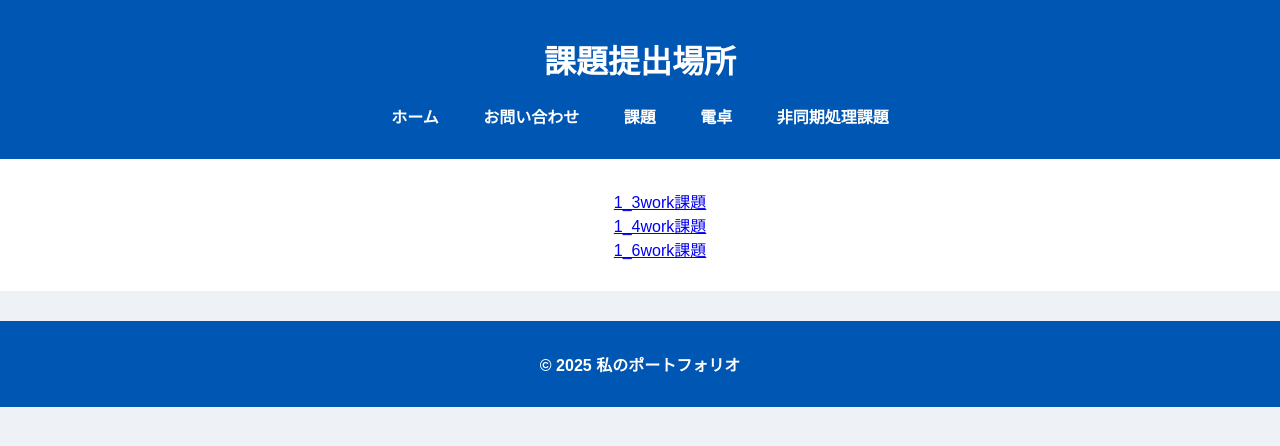
Repository: Takimidxgs/my-portfolio
Page: work.html
An editor plug-in stored every save of this project. The page is shown before and after the next save, followed by the edit.
The browser window is 1280 px wide. The pictures show the whole page.

Above is the page before, as saved 2026-10-16 16:28:01.
Not found: css/calulate.css

After the next save:
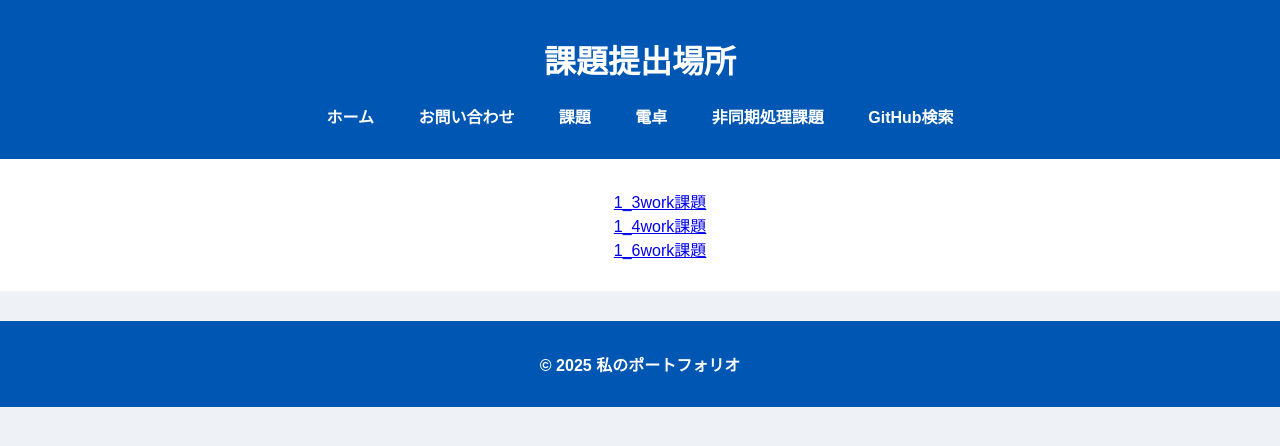
Saved 9 min 18 s later.
--- a/work.html
+++ b/work.html
@@ -23,6 +23,7 @@
                 <li><a href="work.html">課題</a></li>
                 <li><a href="calculate.html">電卓</a></li>
                 <li><a href="1_6_non_sync.html">非同期処理課題</a></li>
+                <li><a href="githubsearch.html">GitHub検索</a></li>
             </ul>
         </nav>
     </header>
